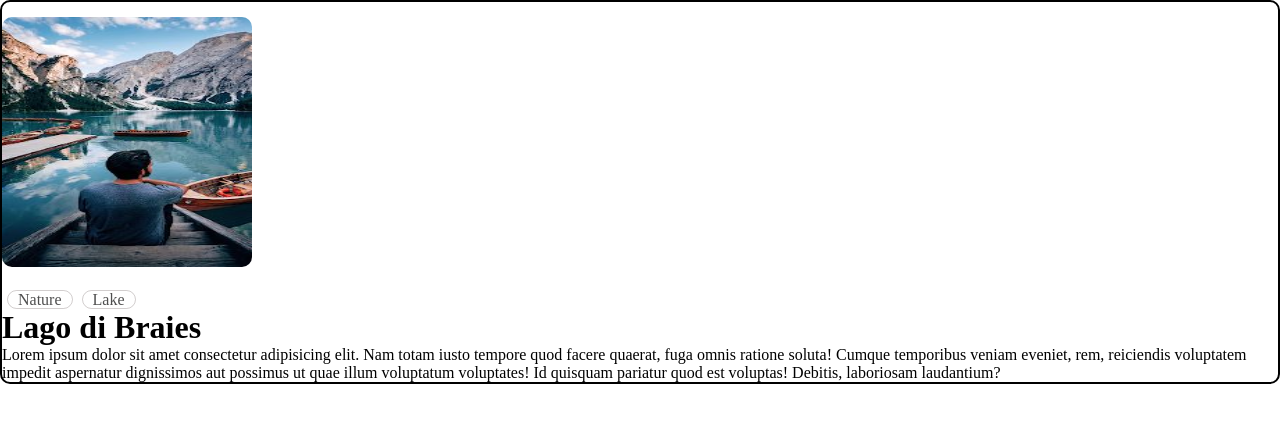
Repository: diensy/Web_dev
Page: Css/Exercise/exercise-2/index.html
An editor plug-in stored every save of this project. The page is shown before and after a run of saves, followed by the edit.
The browser window is 1280 px wide. The pictures show the whole page.

Above is the page before, as saved 2024-05-27 21:17:16.

After the next 2 saves:
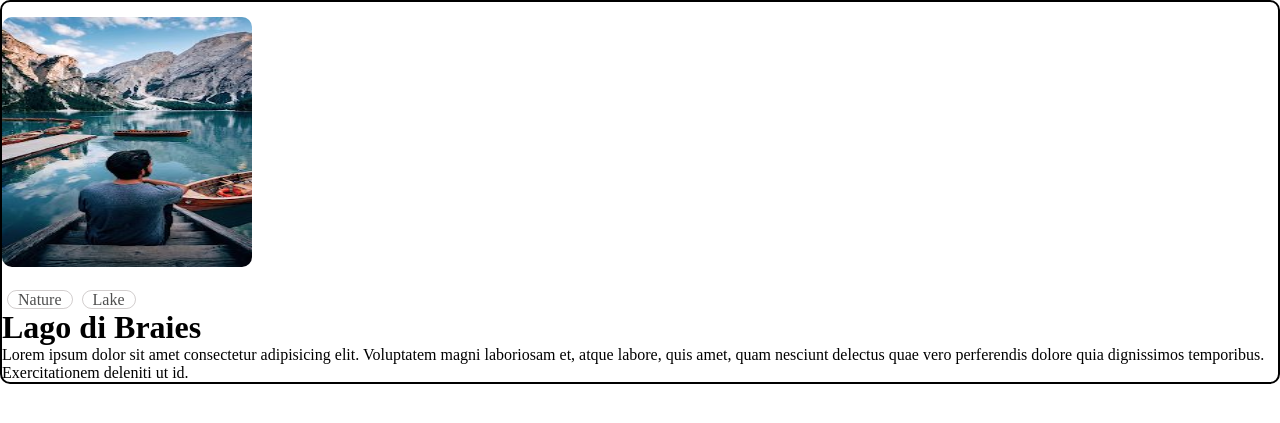
The 2 saves are shown as one change because they came seconds apart.
The last was saved 2 min 0 s later.
--- a/Css/Exercise/exercise-2/index.html
+++ b/Css/Exercise/exercise-2/index.html
@@ -18,12 +18,10 @@
       <div class="content">
         <h1>Lago di Braies</h1>
         <p>
-          Lorem ipsum dolor sit amet consectetur adipisicing elit. Nam totam
-          iusto tempore quod facere quaerat, fuga omnis ratione soluta! Cumque
-          temporibus veniam eveniet, rem, reiciendis voluptatem impedit
-          aspernatur dignissimos aut possimus ut quae illum voluptatum
-          voluptates! Id quisquam pariatur quod est voluptas! Debitis,
-          laboriosam laudantium?
+          Lorem ipsum dolor sit amet consectetur adipisicing elit. Voluptatem
+          magni laboriosam et, atque labore, quis amet, quam nesciunt delectus
+          quae vero perferendis dolore quia dignissimos temporibus.
+          Exercitationem deleniti ut id.
         </p>
       </div>
     </div>
